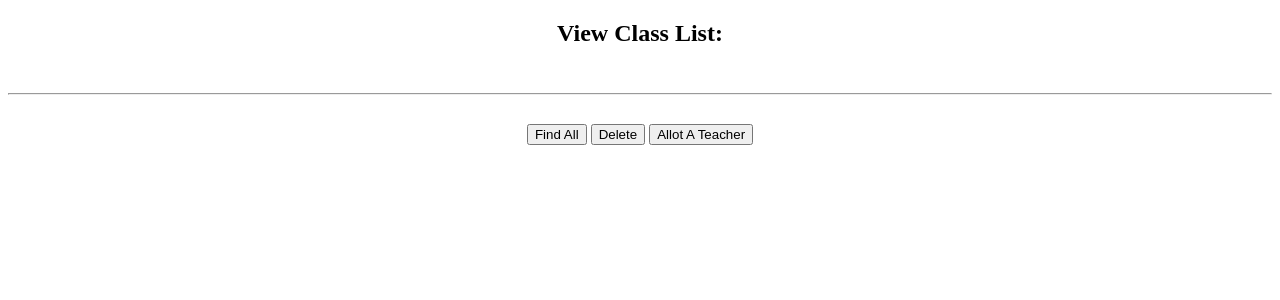
Repository: mdzeyan/JavaFSD-phase2-project
Page: Learners_Academy/src/main/webapp/AllotTeacher.html
These files come from the project's save history. The page is drawn as it stood at one moment and after the next save; the edit follows.
The browser window is 1280 px wide. The pictures show the whole page.

Above is the page before, as saved 2022-03-31 13:47:26.

After the next save:
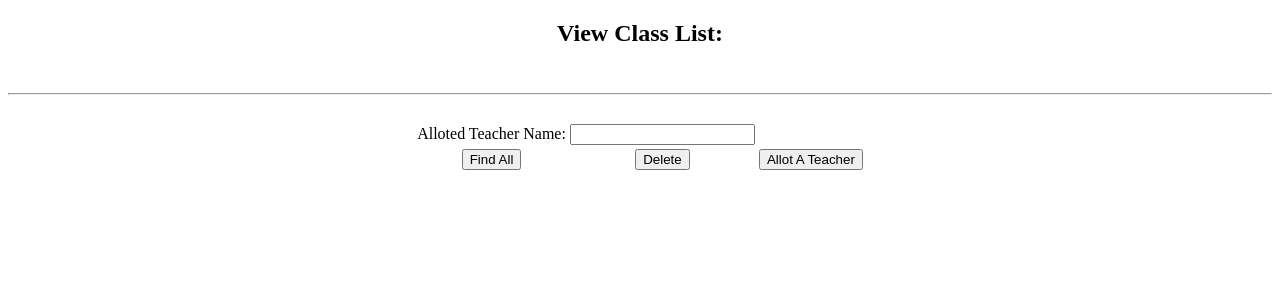
Saved 3 min 21 s later.
--- a/Learners_Academy/src/main/webapp/AllotTeacher.html
+++ b/Learners_Academy/src/main/webapp/AllotTeacher.html
@@ -13,6 +13,11 @@
 	<br>
 	<table align="center">
 
+
+		<tr>
+			<td>Alloted Teacher Name:</td>
+			<td><input type="text" name="allocatedTeacher"></td>
+		</tr>
 		<tr>
 			<td align="center"><input type="submit" value="Find All" name="button"></td>
 			<td align="center"><input type="submit" value="Delete" name="button"></td>
